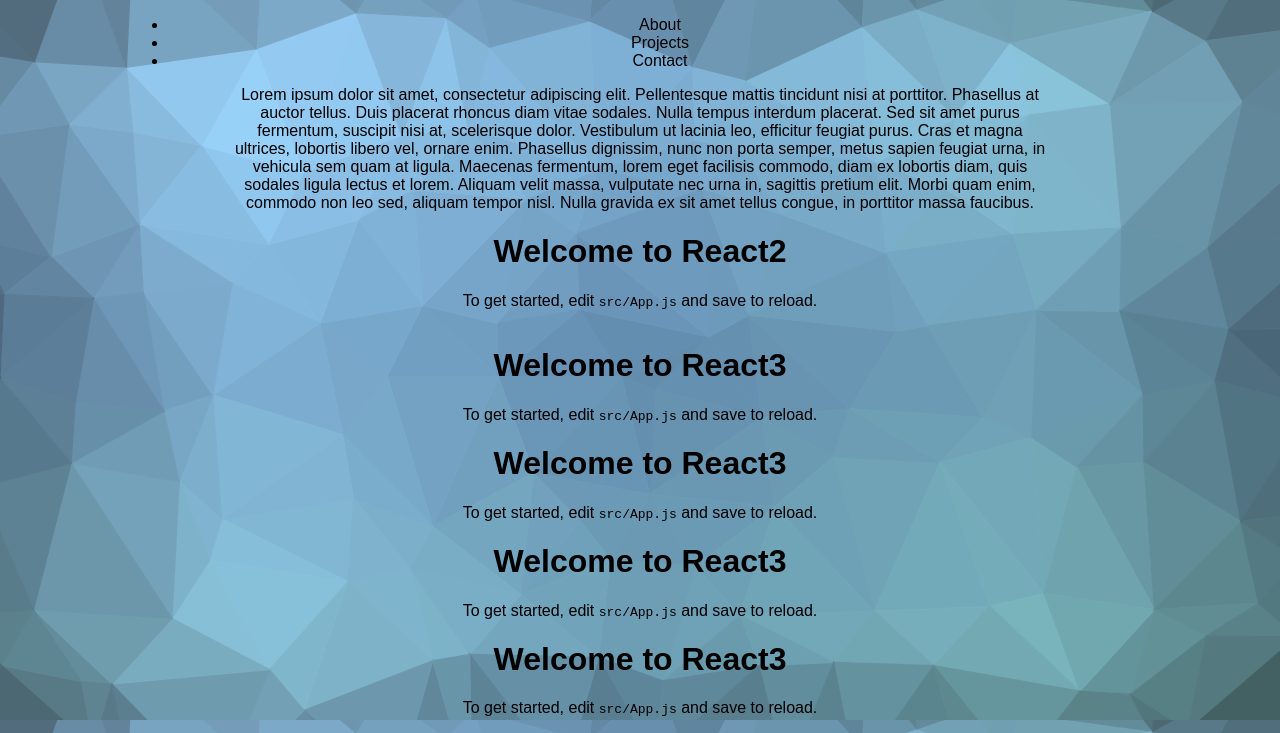
Repository: jordanCain/Education
Page: /
An editor plug-in stored every save of this project. The page is shown before and after the next save, followed by the edit.
The browser window is 1280 px wide. The pictures show the whole page.
Backgrounds fixed to the window are drawn as part of the page. The project was rebuilt for these pictures with package versions that can differ from the ones it lists, and the page was loaded fresh each time.

Above is the page before, as saved 2018-07-16 21:40:47.

### src/index.js
import React from 'react';
import ReactDOM from 'react-dom';
import './style.css';
import App from './App';
import registerServiceWorker from './registerServiceWorker';

ReactDOM.render(<App />, document.getElementById('root'));
registerServiceWorker();

### src/style.css
body {
  margin: 0;
  padding: 0;
  font-family: sans-serif;
  background: url(./images/background.svg) no-repeat center center fixed;
  background-size: cover;
  text-align: center;
}

.App {
  width: 80%;
  display: inline-block;
}

### src/App.js
import React, { Component } from 'react';
import NavBar from './views/NavBar';
import About from './views/About';
import Projects from './views/Projects';
import Contact from './views/Contact';

class App extends Component {
	render() {
		return (
			<div className="App">
				<NavBar />
				<About />
				<Projects />
				<Contact />
			</div>
		);
	}
}

export default App;

### src/views/NavBar.js
import React from 'react';
import pageIDs from '../constants/pageIDs';

class NavBar extends React.Component{
    render(){
        return(
        <div id="navBar">
            <ul>
                <li
                    onClick={() => { document.getElementById(pageIDs.about).scrollIntoView()}}>
                    About
                </li>
                <li
                    onClick={() => { document.getElementById(pageIDs.projects).scrollIntoView()}}>
                    Projects
                </li>
                <li
                    onClick={() => { document.getElementById(pageIDs.contact).scrollIntoView()}}>
                    Contact
                </li>
            </ul>
        </div>
        );
    }
}

export default NavBar;

### src/views/About.js
import React from 'react';
import pageIDs from '../constants/pageIDs';

class Page1 extends React.Component {
    render() {
        return(
            <div className="App" id={pageIDs.about}>
                Lorem ipsum dolor sit amet, consectetur adipiscing elit. Pellentesque mattis tincidunt nisi at porttitor. Phasellus at auctor tellus. Duis placerat rhoncus diam vitae sodales. Nulla tempus interdum placerat. Sed sit amet purus fermentum, suscipit nisi at, scelerisque dolor. Vestibulum ut lacinia leo, efficitur feugiat purus. Cras et magna ultrices, lobortis libero vel, ornare enim. Phasellus dignissim, nunc non porta semper, metus sapien feugiat urna, in vehicula sem quam at ligula. Maecenas fermentum, lorem eget facilisis commodo, diam ex lobortis diam, quis sodales ligula lectus et lorem. Aliquam velit massa, vulputate nec urna in, sagittis pretium elit. Morbi quam enim, commodo non leo sed, aliquam tempor nisl. Nulla gravida ex sit amet tellus congue, in porttitor massa faucibus.
            </div>
        )
    }
}

export default Page1;

### src/views/Projects.js
import React from 'react';
import pageIDs from '../constants/pageIDs';

class Page2 extends React.Component {
    render() {
        return(
            <div className="App" id={pageIDs.projects}>
                <header className="App-header">
                <h1 className="App-title">Welcome to React2</h1>
                </header>
                <p className="App-intro">
                To get started, edit <code>src/App.js</code> and save to reload.
                </p>
            </div>
        )
    }
}

export default Page2;

### src/views/Contact.js
import React from 'react';
import pageIDs from '../constants/pageIDs';

class Page3 extends React.Component {
    render() {
        return(
            <div className="App" id={pageIDs.contact}>
                <header className="App-header">
                <h1 className="App-title">Welcome to React3</h1>
                </header>
                <p className="App-intro">
                To get started, edit <code>src/App.js</code> and save to reload.
                </p>
                <header className="App-header">
                <h1 className="App-title">Welcome to React3</h1>
                </header>
                <p className="App-intro">
                To get started, edit <code>src/App.js</code> and save to reload.
                </p>
                <header className="App-header">
                <h1 className="App-title">Welcome to React3</h1>
                </header>
                <p className="App-intro">
                To get started, edit <code>src/App.js</code> and save to reload.
                </p>
                <header className="App-header">
                <h1 className="App-title">Welcome to React3</h1>
                </header>
                <p className="App-intro">
                To get started, edit <code>src/App.js</code> and save to reload.
                </p>
            </div>
        )
    }
}

export default Page3;

### src/constants/pageIDs.json
{
    "about": "ABOUT",
    "projects": "PROJECTS",
    "contact": "CONTACT"
}

Loaded but not shown: public/index.html (common file); src/registerServiceWorker.js (common file)

After the next save:
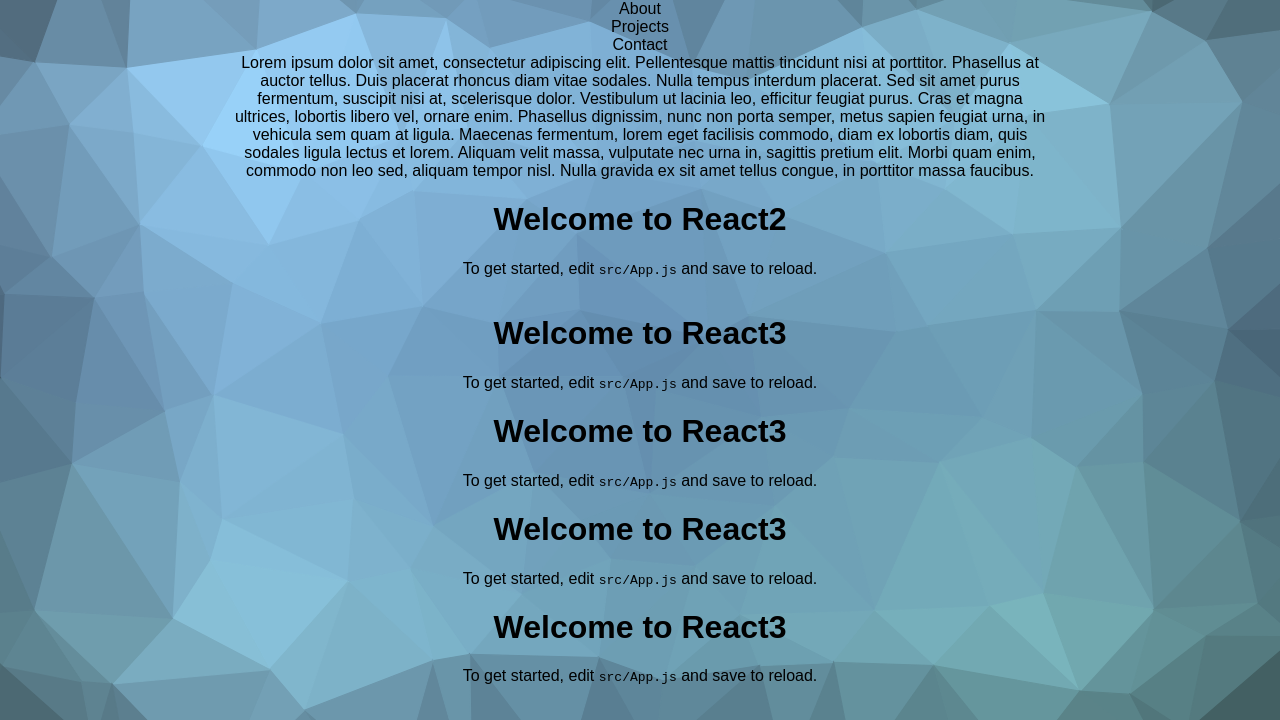
Saved 100 s later.
--- a/src/views/NavBar.js
+++ b/src/views/NavBar.js
@@ -4,21 +4,22 @@
 class NavBar extends React.Component{
     render(){
         return(
-        <div id="navBar">
-            <ul>
-                <li
-                    onClick={() => { document.getElementById(pageIDs.about).scrollIntoView()}}>
-                    About
-                </li>
-                <li
-                    onClick={() => { document.getElementById(pageIDs.projects).scrollIntoView()}}>
-                    Projects
-                </li>
-                <li
-                    onClick={() => { document.getElementById(pageIDs.contact).scrollIntoView()}}>
-                    Contact
-                </li>
-            </ul>
+        <div>
+            <div
+                className="menuItem"
+                onClick={() => { document.getElementById(pageIDs.about).scrollIntoView()}}>
+                About
+            </div>
+            <div
+                className="menuItem"
+                onClick={() => { document.getElementById(pageIDs.projects).scrollIntoView()}}>
+                Projects
+            </div>
+            <div
+                className="menuItem"
+                onClick={() => { document.getElementById(pageIDs.contact).scrollIntoView()}}>
+                Contact
+            </div>
         </div>
         );
     }
